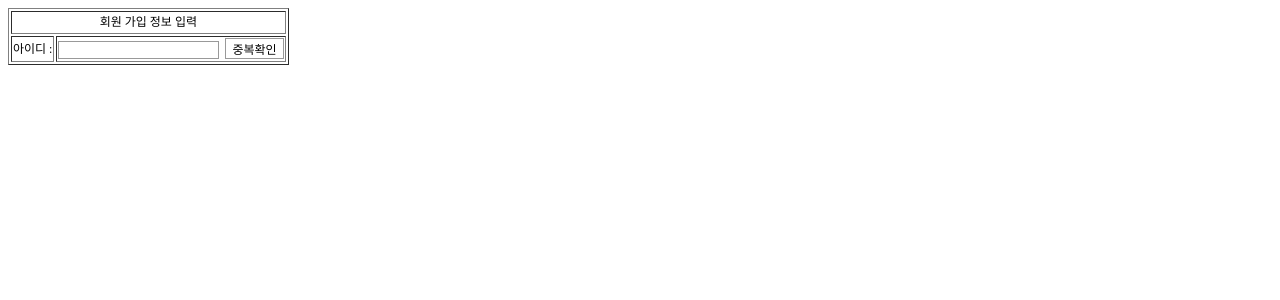
Repository: payboiC/test
Page: http://localhost/ServletProject/memberone/regForm.jsp
An editor plug-in stored every save of this project. The page is shown before and after the next save, followed by the edit.
The browser window is 1280 px wide. The pictures show the whole page.
The page is served by Tomcat 9. Nobody is signed in. The application's start-up code is not run.

Above is the page before, as saved 2022-08-10 02:59:17.
Console error (its wording comes from the project's code and is left out).

After the next save:
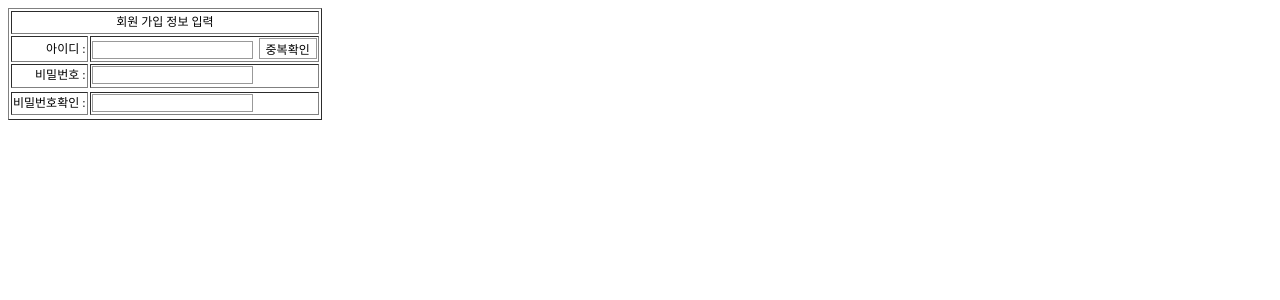
Saved 108 s later.
--- a/ServletProject/src/main/webapp/memberone/regForm.jsp
+++ b/ServletProject/src/main/webapp/memberone/regForm.jsp
@@ -17,12 +17,26 @@
 <tr>
     <td align="right"> 아이디 : </td>
     <td>
-         <input type="text" name="id" size="20">&nbsp;
+         <input type="text" name="id">&nbsp;
          <input type="button" value="중복확인" onclick="#">
     </td>
 </tr>
 
+<tr>
+<td align="right"> 비밀번호 : </td>
+    <td>
+       <input type="password" name="pass">
+    </td>
 
+ <tr>
+
+ <tr>
+<td align="right"> 비밀번호확인 : </td>
+    <td>
+       <input type="password" name="repass">
+    </td>
+
+ <tr>
 
 </table>
 </form>
